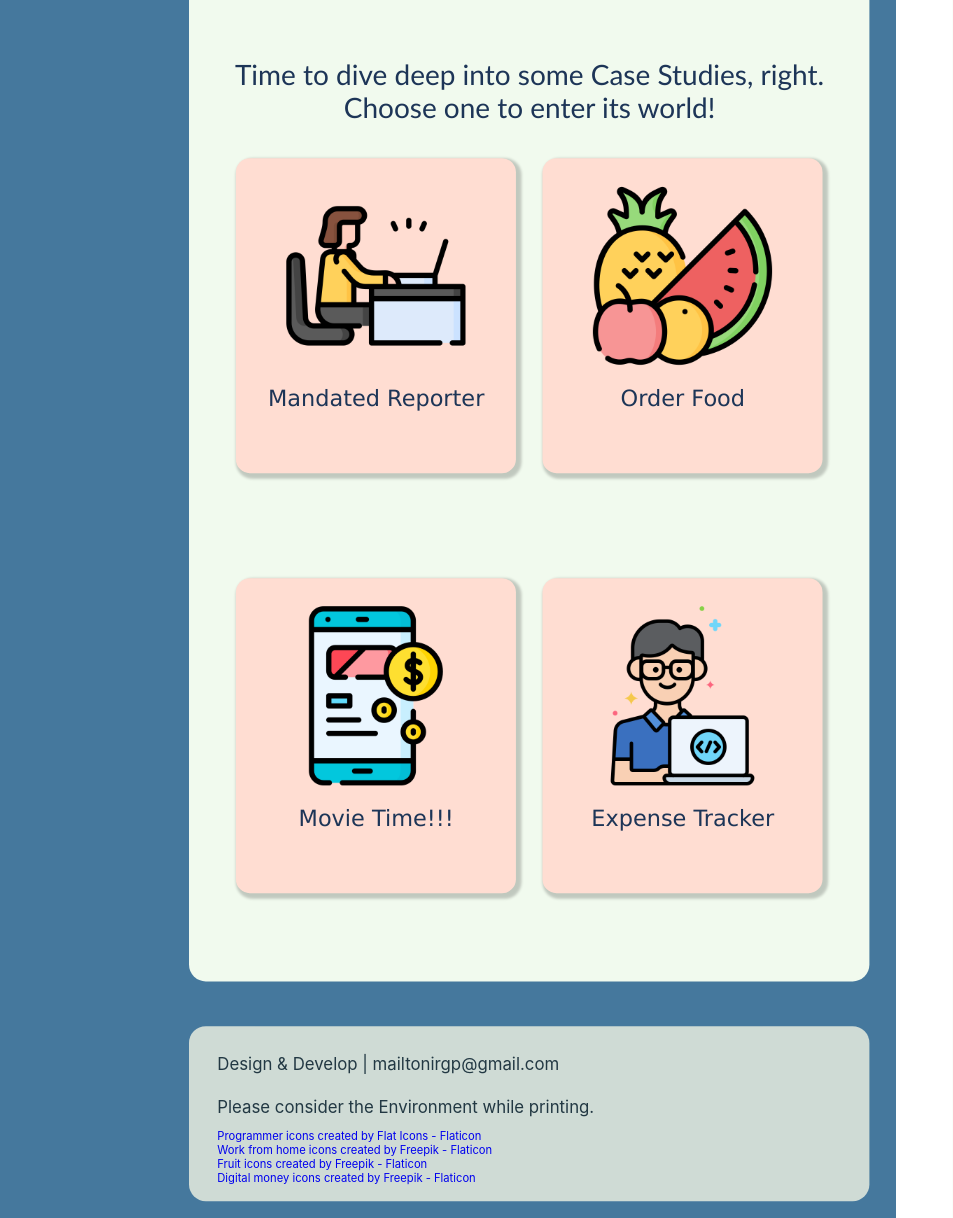
Repository: niranjangp/portfolioReact
Page: /
An editor plug-in stored every save of this project. The page is shown before and after the next save, followed by the edit.
The browser window is 1280 px wide. The page is 1361 px wide, so the pictures cover 1361 px, including what lies to the right of the window. The pictures show the part of the page from y = 1390 to 3150 px (the page is 3130 px tall before and 3150 px after), at 70% of full size.
The project was rebuilt for these pictures with package versions that can differ from the ones it lists, and the page was loaded fresh each time. Also part of the build but not shown: src/pages/csOne.jsx, src/pages/csTwo.jsx, src/pages/csThree.jsx, src/pages/notFound.jsx.

Above is the page before, as saved 2022-02-01 18:59:16.

### public/index.html
<!DOCTYPE html>
<html lang="en">
  <head>
    <meta charset="utf-8" />
    <!--<link rel="icon" href="%PUBLIC_URL%/favicon.ico" />-->
    <meta name="viewport" content="width=device-width, initial-scale=1" />
    <meta name="theme-color" content="#000000" />
    <meta
      name="description"
      content="Web site created using create-react-app"
    />
    <!--<link rel="apple-touch-icon" href="%PUBLIC_URL%/logo192.png" />-->
    <!--
      manifest.json provides metadata used when your web app is installed on a
      user's mobile device or desktop. See https://developers.google.com/web/fundamentals/web-app-manifest/
    -->
    <link rel="manifest" href="%PUBLIC_URL%/manifest.json" />
    <!--
      Notice the use of %PUBLIC_URL% in the tags above.
      It will be replaced with the URL of the `public` folder during the build.
      Only files inside the `public` folder can be referenced from the HTML.

      Unlike "/favicon.ico" or "favicon.ico", "%PUBLIC_URL%/favicon.ico" will
      work correctly both with client-side routing and a non-root public URL.
      Learn how to configure a non-root public URL by running `npm run build`.
    -->
    <title>Portfolio</title>
  </head>
  <body>
    <noscript>You need to enable JavaScript to run this app.</noscript>
    <div id="root"></div>
    <!--
      This HTML file is a template.
      If you open it directly in the browser, you will see an empty page.

      You can add webfonts, meta tags, or analytics to this file.
      The build step will place the bundled scripts into the <body> tag.

      To begin the development, run `npm start` or `yarn start`.
      To create a production bundle, use `npm run build` or `yarn build`.
    -->
  </body>
</html>

### src/index.css
body {
  margin: 0;
  font-family: -apple-system, BlinkMacSystemFont, 'Segoe UI', 'Roboto', 'Oxygen',
    'Ubuntu', 'Cantarell', 'Fira Sans', 'Droid Sans', 'Helvetica Neue',
    sans-serif;
  -webkit-font-smoothing: antialiased;
  -moz-osx-font-smoothing: grayscale;
  box-sizing: border-box;
}

code {
  font-family: source-code-pro, Menlo, Monaco, Consolas, 'Courier New',
    monospace;
}

p {
  margin: 0;
}

### src/App.js
import './App.css';

import { Route, NavLink, Switch, Redirect } from 'react-router-dom';
import EnterTheDesign from './pages/enterDesign';
import CSOne from './pages/csOne';
import CSTwo from './pages/csTwo';
import CSThree from './pages/csThree';
import NotFound from './pages/notFound';

function App() {
  const flatIconLink = "https://www.flaticon.com/free-icons/programmer";
  const wfhIconLink = "https://www.flaticon.com/free-icons/work-from-home";


  return (
    <div className='App'>
      <div className="containerOne">
        <nav className='navigation'>
          <div className='navDiv'>
            <NavLink activeClassName="nav-link active" className="nav-link" to="/enter-the-design">Take me Home!</NavLink>
          </div>
          <div className='navDiv'>
            <NavLink activeClassName="nav-link active" className="nav-link" to="/cs-one">Case Study Numero Uno</NavLink>
          </div>
          <div className='navDiv'>
            <NavLink activeClassName="nav-link active" className="nav-link" to="/cs-two">Case t'w'o Study</NavLink>
          </div>
          <div className='navDiv'>
            <NavLink activeClassName="nav-link active" className="nav-link" to="/cs-three">Case Study the 3rd</NavLink>
          </div>
          <div className='navDiv'>
            <NavLink activeClassName="nav-link active" className="nav-link" to="/cs-four">Case Study IV</NavLink>
          </div>
        </nav>
        <main className='mainOne'>
          <Switch>
            <Route exact path="/" ><Redirect to="/enter-the-design" /></Route>
            <Route path="/enter-the-design" ><EnterTheDesign /></Route>
            <Route exact path="/cs-one" ><CSOne /></Route>
            <Route exact path="/cs-two" ><CSTwo /></Route>
            <Route exact path="/cs-three"><CSThree /></Route>

            <Route path="*"><NotFound /></Route>
          </Switch>
          {/*<div className='firstRow'>
            <div className="width-60">
              <p className='fr-info'>NIRANJAN G P, IS A UI DEVELOPER AT DELOITTE USI</p>
            </div>
            <div className="width-40 img-block">
              <img src={avatarIcon} alt="avatar-icon" className='avtr-img' />
            </div>
          </div>
          <div className='sec-row'>
            <p>Hi, this is Niranjan.</p>
            <p>I Joined Deloitte USI as a campus recruit. Since then I've been part of many innovative and high-intensity projects, coordinating between multiple virtual teams to help complete client deliverables.</p>
            <p>I've been part of the FRONT-END community since 2017 and constantly learning and developing UI and gradually having a go at UX design parallely.</p>
            <p>Currently based in Bengaluru, I have a big love for travel and adventure, also keeping in mind to do my bit to conserve the environment.</p>
            <p>Thanks for stopping by.</p>
          </div>*/}

        </main>
        <footer>
          <div className='footer-info'>
            {/*<p>Niranjan G P</p>*/}
            <p>Design & Develop    |   mailtonirgp@gmail.com</p>
            <p>Please consider the Environment while printing.</p>
          </div>
          <div className='credits'>
            <a href={flatIconLink} title="programmer icons">Programmer icons created by Flat Icons - Flaticon</a>
            <a href={wfhIconLink} title="work from home icons">Work from home icons created by Freepik - Flaticon</a>
            <a href="https://www.flaticon.com/free-icons/fruit" title="fruit icons">Fruit icons created by Freepik - Flaticon</a>
            <a href="https://www.flaticon.com/free-icons/digital-money" title="digital money icons">Digital money icons created by Freepik - Flaticon</a>
          </div>
        </footer>
      </div>

    </div>
  );
}

export default App;

### src/App.css
.containerOne {
  background-color: #45789d;
  padding: 24px;
  position: relative;
}

.mainOne {
  width: 75%;
  margin-left: 20%;
  background-color: #F1FAEE;
  height: 100%;
  border-radius: 1.5rem;
  padding: 24px;
}

.navigation {
  position: absolute;
  top: 24px;
  left: 24px;
  width: 15%;
  height: 660px;
  background-color: #F1FAEE;
  border-radius: 1.5rem;
  padding: 64px 24px 24px;
}

.navDiv {
  padding: 16px 0;
  text-align: center;
}

.nav-link {
  font-size: 24px;
  text-decoration: none;
  color: #1d3557;
}

.nav-link.active {
  color: #2a9d8f;
  font-weight: bold;
  border-bottom: 4px solid #2a9d8f;
}

.fr-info {
  font-size: 3rem;
  font-family: 'Gill Sans', 'Gill Sans MT', Calibri, 'Trebuchet MS', sans-serif;
  padding: 24px 24px 24px 48px;
  color: #1d3557;
}

.firstRow {
  display: flex;
  align-items: center;
  padding: 64px 0;
}

.width-60 {
  width: 60%;
}

.width-40 {
  width: 40%;
}

.fullWidth {
  width: 100%;
}

.img-block {
  text-align: center;
}

.sec-row {
  background-color: #1d3557;
  color: #f1faee;
  border-radius: 0.75rem;
  padding: 64px;
  font-family: 'Lucida Sans', 'Lucida Sans Regular', 'Lucida Grande', 'Lucida Sans Unicode', Geneva, Verdana, sans-serif;
  font-size: 28px;
  text-align: justify;
}

.sec-row p {
  padding: 16px;
}

.centered {
  margin: 3rem auto;
  text-align: center;
  display: flex;
  justify-content: center;
  align-items: center;
}

.linkSel {
  text-decoration: underline;
  font-weight: bold;
}

.third-row {
  display: flex;
  flex-wrap: wrap;
  padding: 96px 24px 0;
}

.card-box {
  width: 50%;
  text-align: center;
  height: 600px;
}

.card {
  width: 400px;
  height: 450px;
  background-color: #ffddd2;
  border-radius: 20px;
  box-shadow: 4px 4px 4px 4px rgba(0, 0, 0, 0.2);
  margin: 3rem auto;
  flex-grow: 1;
  flex-shrink: 1;
  transition: width 500ms ease 0s;
}

.card:hover {
  box-shadow: 4px 4px 4px 8px rgba(0, 0, 0, 0.2);
  width: 420px;
  height: 470px;
  cursor: pointer;
}

.card a {
  text-decoration: none;
}

.card p {
  font-size: 32px;
  padding: 24px;
  color: #1d3557;
  font-family: Verdana, Geneva, Tahoma, sans-serif;
}

.card-icon {
  width: 256px;
  margin-top: 40px;
}

.intro-cs {
  text-align: center;
  font-size: 40px;
  color: #1d3557;
  font-family: 'Trebuchet MS', 'Lucida Sans Unicode', 'Lucida Grande', 'Lucida Sans', Arial, sans-serif;
}

footer {
  width: 75%;
  margin-left: 20%;
  background-color: #cfdbd5;
  height: 100%;
  border-radius: 1.5rem;
  padding: 24px;
  margin-top: 64px;
  color: #223843;
}

.footer-info {
  font-size: 1.5rem;
}

.footer-info p {
  padding: 1rem;
}

.credits {
  padding-left: 16px;
}

.credits a {
  text-decoration: none;
  display: block;
}

.csOne {
  min-height: 660px;
  height: 100%;
  color: #1d3557;
}

.backLink {
  font-size: 28px;
  font-weight: bold;
  padding: 16px 16px 16px 24px;
}

.backLink a {
  text-decoration: none;
  color: #1d3557;

}

.csOneHeader, .csTwoHeader, .cs3Header {
  font-size: 40px;
  padding: 16px 16px 32px 24px;
}

.csOneBody {
  padding: 0 24px;
}

.csOneH {
  font-size: 32px;
  padding-bottom: 8px;
  border-bottom: 2px solid #1d3557;
  margin-bottom: 16px;
  display: inline-block;
}

.csOneC {
  font-size: 28px;
}

.pd-bt {
  padding-bottom: 48px;
}

.pd-bt-small {
  padding-bottom: 24px;
}

.clrp {
  width: 100px;
  height: 40px;
  border-top-right-radius: 20px;
  border-bottom-right-radius: 20px;
  margin-right: 24px;
}

.fir {
  background-color: #0070D2;
}

.sec {
  background-color: #16325C;
}

.thi {
  background-color: #526173;
}

.fou {
  font-family: sans-serif;
  padding-right: 24px;
}

.dp-flx {
  display: flex;
  margin: 16px 40px;
  align-items: center;
}

.flx-bx {
  display: flex;
  align-items: center;
  justify-content: space-evenly;
  margin-bottom: 48px;
}

.flx-bx div {
  font-size: 32px;
}

.mrDesk {
  width: 800px;
}

.last-text {
  font-size: 28px;
  color: #f07167;
  margin: 0 64px 24px;
  text-align: center;
}

.csTwo {
  font-family: 'Franklin Gothic Medium', 'Arial Narrow', Arial, sans-serif;
}

.csTwoHeader {
  color: #e76f51;
}

.csTwoPara {
  color: #0081a7;
  font-size: 28px;
  padding-bottom: 8px;
}

.padd-div {
  padding: 16px 24px 56px;
}

.csTwoRowTwo {
  color: #c81d25;
  font-size: 32px;
  padding-bottom: 16px;
  border-bottom: 2px solid #c81d25;
  margin-bottom: 48px;
}

.textCen {
  text-align: center;
}

.screenName {
  font-size: 24px;
  width: 80%;
  margin: 0 auto;
  margin-bottom: 0px;
  background-color: #284b63;
  color: #fff;
  border-top-left-radius: 12px;
  border-top-right-radius: 12px;
  padding: 8px 0;
}

.scrIcon {
  width: 80%;
  margin: 8px 0 64px;
}

.cs3 {
  font-family: 'Lucida Sans', 'Lucida Sans Regular', 'Lucida Grande', 'Lucida Sans Unicode', Geneva, Verdana, sans-serif;
}

.cs3Header {
  color: #006d77;
  border-bottom: 2px solid #006d77;
  display: inline-block;

}


.right-content {
  text-align: right;
  margin: 64px 0;
}

.exp-para {
  font-size: 40px;
  display: inline-block;
  background-color: #52b69a;
  padding: 8px 16px;
  border-radius: 20px;
  color: #fff;
  font-weight: bold;
  margin-bottom: 24px;
}

.exp-header {
  display: inline-block;
  font-size: 40px;
  color: #14746f;
  padding-bottom: 8px;
  border-bottom: 2px dotted #14746f;
  margin-bottom: 8px;
}

.flexExp {
  display: flex;
  align-items: center;
  justify-content: space-around;
}

.iconText {
  padding: 24px;
  font-size: 32px;
  color: #00afb9;
}

.expIcon {
  margin :64px 0;
  width: 900px;
}

.last .exp-para{
  font-size: 28px;
}


/*.containerOne {
  background-color: #F1FAEE;
}
.mainOne {
  background-color: #a8dadc;
  width: 75%;
  margin-left: 20%;
  /-*background-color: #45789d;*-/
  height: 660px;
}

.p1 {
  color: #1d3557;
}
.p2 {
  color: #f1faee;
}*/

/*.App-logo {
  height: 40vmin;
  pointer-events: none;
}

@media (prefers-reduced-motion: no-preference) {
  .App-logo {
    animation: App-logo-spin infinite 20s linear;
  }
}

.App-header {
  background-color: #282c34;
  min-height: 100vh;
  display: flex;
  flex-direction: column;
  align-items: center;
  justify-content: center;
  font-size: calc(10px + 2vmin);
  color: white;
}

.App-link {
  color: #61dafb;
}*/

@keyframes App-logo-spin {
  from {
    transform: rotate(0deg);
  }

  to {
    transform: rotate(360deg);
  }
}

### src/pages/enterDesign.jsx
import React from 'react';
import Icons from '../assets/programmer.png';
import WorkingIcon from '../assets/working.png';
import FoodIcon from '../assets/fruit.png';
import ExpIcon from '../assets/expense.png';
import { Link } from 'react-router-dom';


const enterDesign = () => {
    const avatarIcon = Icons;


    return (
        <React.Fragment>
            <div className='firstRow'>
                <div className="width-60">
                    <p className='fr-info'>NIRANJAN G P, IS A UI DEVELOPER AT DELOITTE USI</p>
                </div>
                <div className="width-40 img-block">
                    <img src={avatarIcon} alt="avatar-icon" className='avtr-img' />
                </div>
            </div>
            <div className='sec-row'>
                <p>Hi, this is Niranjan.</p>
                <p>I Joined Deloitte USI as a campus recruit. Since then I've been part of many innovative and high-intensity projects, coordinating between multiple virtual teams to help complete client deliverables.</p>
                <p>I've been part of the FRONT-END community since 2017 and constantly learning and developing UI and gradually having a go at UX design parallely.</p>
                <p>Currently based in Bengaluru, I have a big love for travel and adventure, also keeping in mind to do my bit to conserve the environment.</p>
                <p>Thanks for stopping by.</p>
            </div>
            <div className='third-row'>
                <div className='fullWidth intro-cs'>
                    <p>Time to dive deep into some Case Studies, right.</p>
                    <p>Choose one to enter its world!</p>
                </div>
                <div className='card-box'>
                    <div className="card">
                        <Link to="/cs-one">
                            <img src={WorkingIcon} alt="card-icon" className='card-icon' />
                            <p>Mandated Reporter</p>
                            {/*<p>Click to Enter!!!</p>*/}
                        </Link>
                    </div>
                </div>
                <div className='card-box'>
                    <div className="card">
                    <Link to="/cs-two">
                        <img src={FoodIcon} alt="card-icon" className='card-icon' />
                        <p>Order Food</p>
                        </Link>
                    </div>
                </div>
                <div className='card-box'>
                    <div className="card" >
                    <Link to="/cs-three">
                        <img src={ExpIcon} alt="card-icon" className='card-icon' />
                        <p>Movie Time!!!</p>
                        </Link>
                    </div>
                </div>
                <div className='card-box'>
                    <div className="card" >
                    <Link to="/cs-four">
                        <img src={avatarIcon} alt="card-icon" className='card-icon' />
                        <p>Expense Tracker</p>
                        </Link>
                    </div>
                </div>
            </div>
        </React.Fragment>
    )
};

export default enterDesign;

Loaded but not shown: src/index.js (common file); src/reportWebVitals.js (common file)

After the next save:
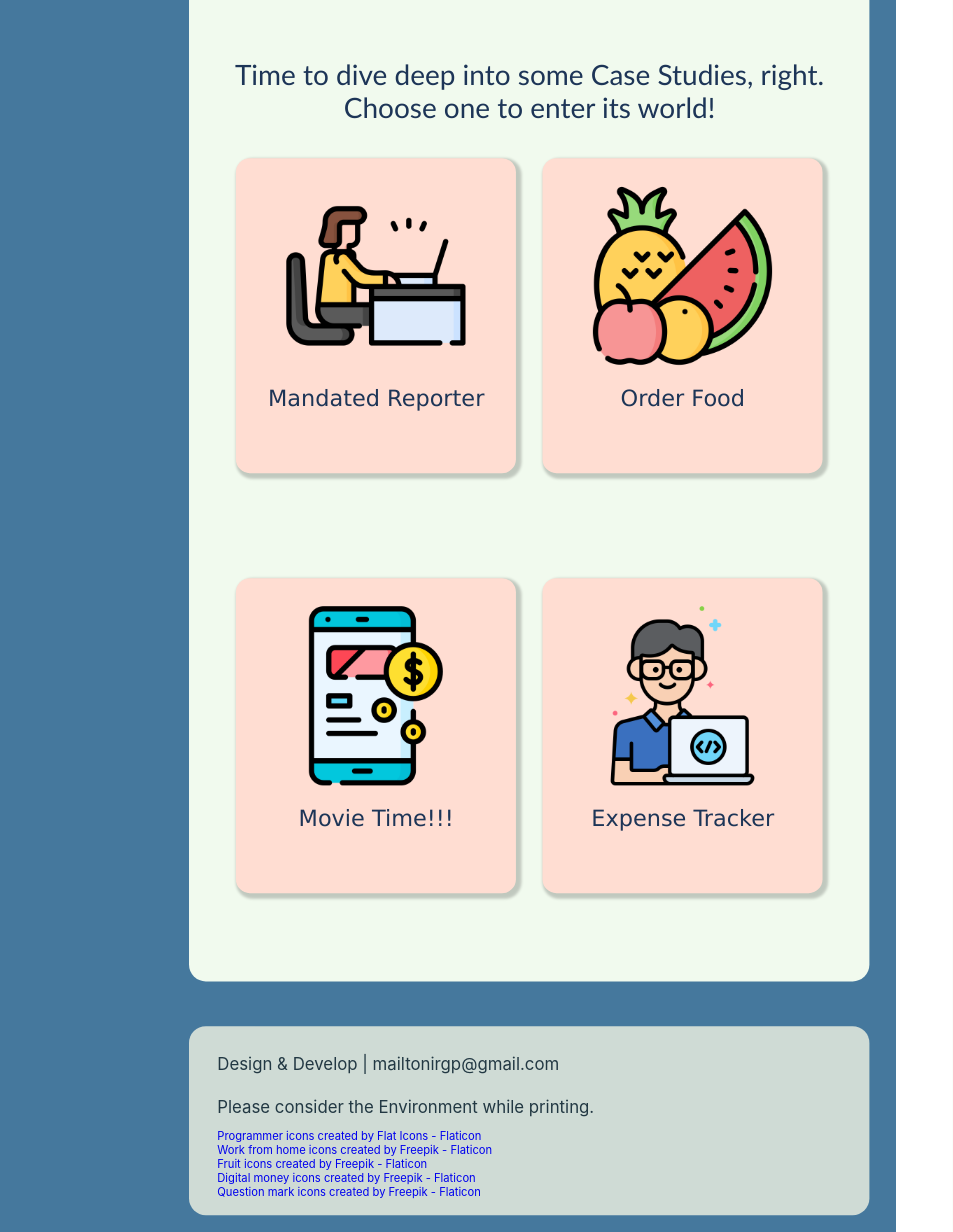
Saved 30 min 58 s later.
--- a/src/App.js
+++ b/src/App.js
@@ -70,6 +70,7 @@ function App() {
             <a href={wfhIconLink} title="work from home icons">Work from home icons created by Freepik - Flaticon</a>
             <a href="https://www.flaticon.com/free-icons/fruit" title="fruit icons">Fruit icons created by Freepik - Flaticon</a>
             <a href="https://www.flaticon.com/free-icons/digital-money" title="digital money icons">Digital money icons created by Freepik - Flaticon</a>
+            <a href="https://www.flaticon.com/free-icons/question-mark" title="question mark icons">Question mark icons created by Freepik - Flaticon</a>
           </div>
         </footer>
       </div>
